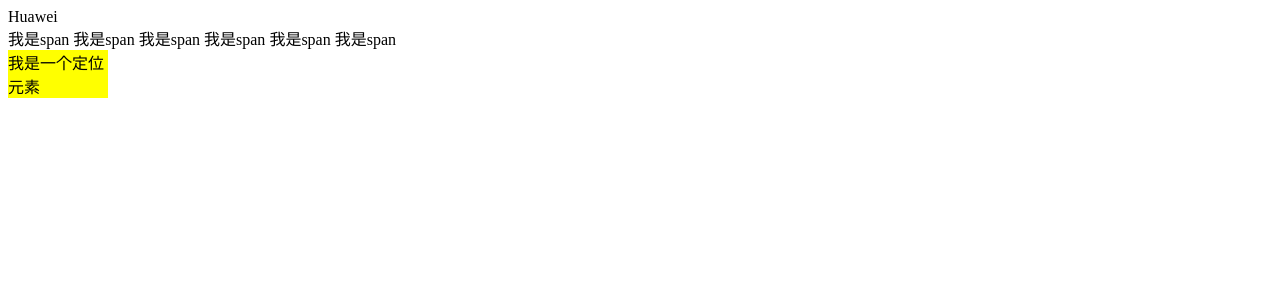
Repository: nanvon/front-end_byhuawei
Page: CSS层级.html
The author's editor kept a copy of each file at every save. The page is drawn from the files as they stood at one save, then again after the next save.
The browser window is 1280 px wide. The pictures show the whole page.

Above is the page before, as saved 2020-12-10 20:10:20.

After the next save:
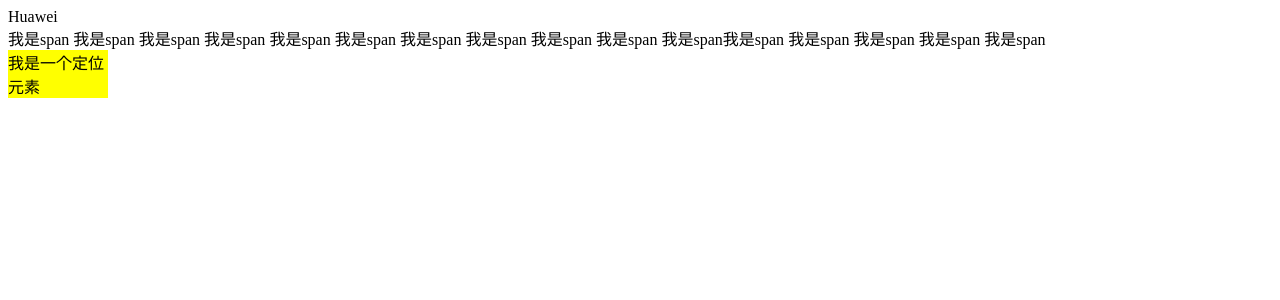
Saved 12 s later.
--- a/CSS层级.html
+++ b/CSS层级.html
@@ -21,5 +21,14 @@
     <span>我是span</span>
     <span>我是span</span>
     <div class="pos1">我是一个定位元素</div>
+    <span>我是span</span>
+    <span>我是span</span>
+    <span>我是span</span>
+    <span>我是span</span>
+    <span>我是span</span><span>我是span</span>
+    <span>我是span</span>
+    <span>我是span</span>
+    <span>我是span</span>
+    <span>我是span</span>
 </body>
 </html>
